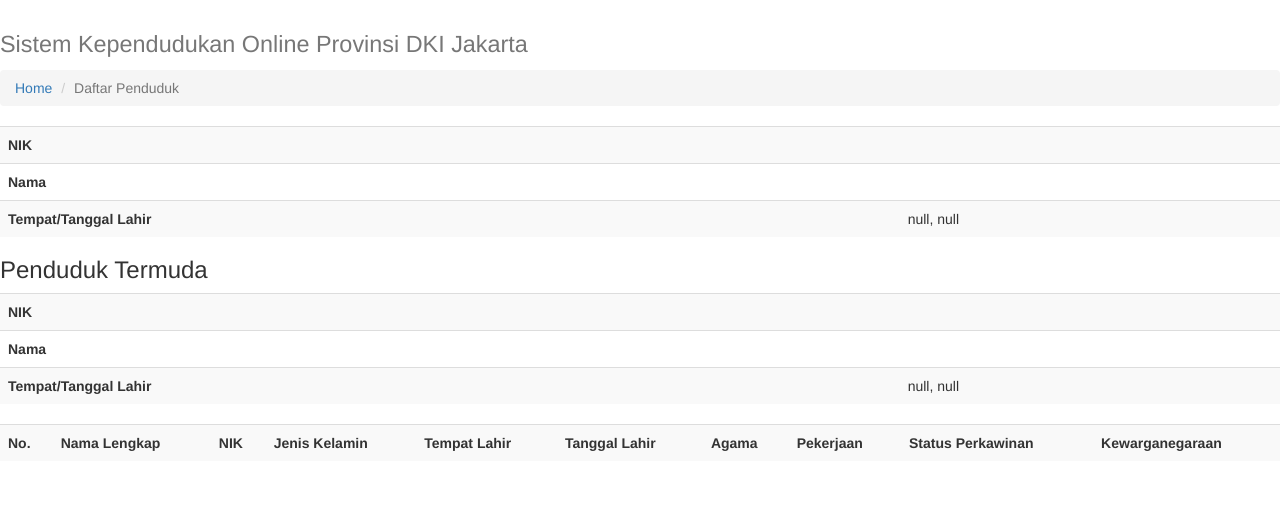
Repository: apap-2017/tugas1_1406544135
Page: http://localhost/list-penduduk
The author's editor kept a copy of each file at every save. The page is drawn from the files as they stood at one save, then again after the next save.
The browser window is 1280 px wide. The pictures show the whole page.
The page is this project's Thymeleaf template; nobody is signed in. The template is opened directly, without the code that normally fills it, so the values that code supplies are empty.

Above is the page before, as saved 2017-10-20 05:46:50.

### Tugas1_1406544135/src/main/resources/templates/list-penduduk.html
<!DOCTYPE html>
<html xmlns:th="http://www.thymeleaf.org">
   <head>
      <title>Siduk DKI</title>
        <link href="../../static/css/bootstrap.min.css" rel="stylesheet" th:href="@{/css/bootstrap.min.css}" />
    </head>

    <body>
	    <section class="content-header">
			<h1>
				<small>Sistem Kependudukan Online Provinsi DKI Jakarta</small>
			</h1>
			<ol class="breadcrumb">
				<li><a th:href="@{/}">Home</a></li>
				<li class="active">Daftar Penduduk</li>
			</ol>
		</section>

		<table class="table table-striped">
			<tbody>
				<tr>
			   		<td><strong>NIK</strong></td>
				    <td th:text="${pendudukTertua.nik} "></td>
				 </tr>

				 <tr>
			   		<td><strong>Nama</strong></td>
					<td th:text="${pendudukTertua.nama} "></td>
				 </tr>

				<tr>
			   		<td><strong>Tempat/Tanggal Lahir</strong></td>
					<td th:text="${pendudukTertua.tempat_lahir} +', ' + ${pendudukTertua.tanggal_lahir} "></td>
				 </tr>
			</tbody>
		</table>

		<table class="table table-striped">
			<tbody>
			 	<h3>Penduduk Termuda</h3>
				<tr>
			   		<td><strong>NIK</strong></td>
				    <td th:text="${pendudukTermuda.nik} "></td>
				 </tr>

				 <tr>
			   		<td><strong>Nama</strong></td>
					<td th:text="${pendudukTermuda.nama} "></td>
				 </tr>

				<tr>
			   		<td><strong>Tempat/Tanggal Lahir</strong></td>
					<td th:text="${pendudukTermuda.tempat_lahir} +', ' + ${pendudukTermuda.tanggal_lahir} "></td>
				 </tr>
			</tbody>
		</table>

		<table class="table table-striped">
				<tbody>
						<tr>
							<td><strong>No.</strong></td>
							<td><strong>Nama Lengkap</strong></td>
							<td><strong>NIK</strong></td>
							<td><strong>Jenis Kelamin</strong></td>
							<td><strong>Tempat Lahir</strong></td>
							<td><strong>Tanggal Lahir</strong></td>
							<td><strong> Agama </strong></td>
							<td><strong> Pekerjaan </strong></td>
							<td><strong> Status Perkawinan </strong></td>
							<td><strong> Kewarganegaraan </strong></td>
						</tr>
					<div th:each="detailAnggota, iterationStatus: ${listPenduduk}">
						<tr>
							<td th:text="${iterationStatus.count}"></td>
							<td th:text="${detailAnggota.nama}"></td>
							<td th:text="${detailAnggota.nik}"></td>
							<td th:text="${detailAnggota.jenis_kelamin}"></td>
							<td th:text="${detailAnggota.tempat_lahir}"></td>
							<td th:text="${detailAnggota.tanggal_lahir}"></td>
							<td th:text="${detailAnggota.agama}"></td>
							<td th:text="${detailAnggota.pekerjaan}"></td>
							<td th:text="${detailAnggota.status_perkawinan}"></td>
							<td th:text="${detailAnggota.is_wni}"></td>
						</tr>
					</div>
				</tbody>
		</table>
    </body>
</html>

Loaded but not shown: Tugas1_1406544135/src/main/resources/static/css/bootstrap.min.css (library)

After the next save:
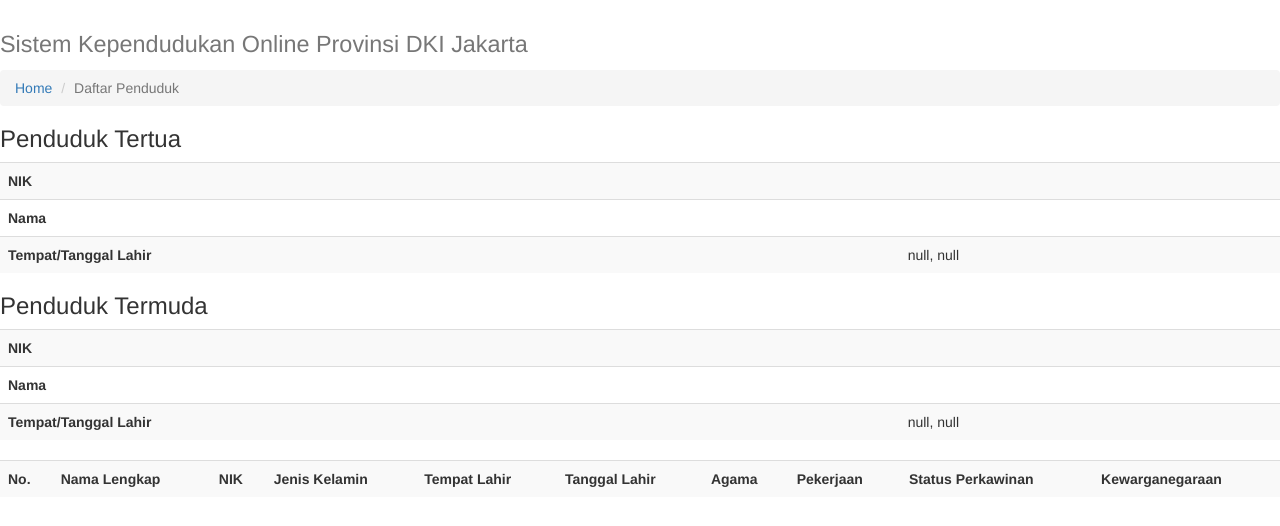
Saved 17 s later.
--- a/Tugas1_1406544135/src/main/resources/templates/list-penduduk.html
+++ b/Tugas1_1406544135/src/main/resources/templates/list-penduduk.html
@@ -17,6 +17,7 @@
 		</section>
 
 		<table class="table table-striped">
+			<h3>Penduduk Tertua</h3>
 			<tbody>
 				<tr>
 			   		<td><strong>NIK</strong></td>
